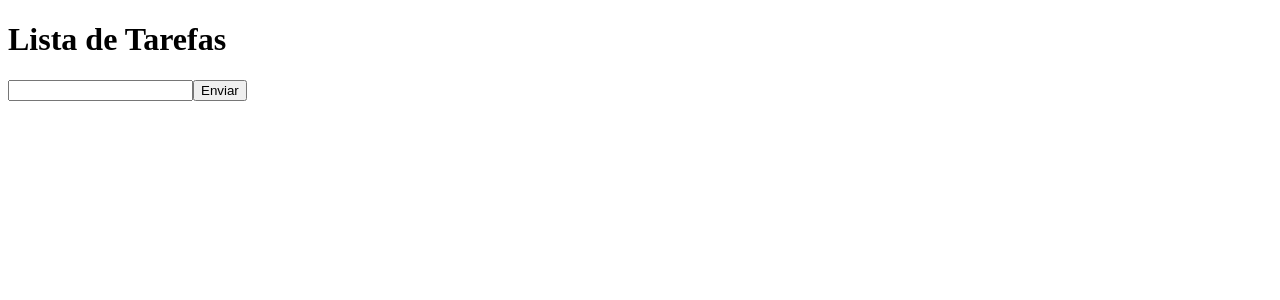
Repository: FellipeMiguel/lista-de-tarefas
Page: /
These files come from the project's save history. The page is drawn as it stood at one moment and after the next save; the edit follows.
The browser window is 1280 px wide. The pictures show the whole page.
The project was rebuilt for these pictures with package versions that can differ from the ones it lists, and the page was loaded fresh each time. Also part of the build but not shown: src/App.css.

Above is the page before, as saved 2023-06-14 22:53:47.

### src/index.js
import React from "react"
import ReactDOM from "react-dom/client"

import App from "./App"

const root = ReactDOM.createRoot(document.getElementById("root"))
root.render(
  <React.StrictMode>
    <App />
  </React.StrictMode>,
)

### src/App.js
import Main from './components/Main'
import './App.css'

function App() {
  return <Main />
}

export default App

### src/components/Main.js
import React, { Component } from 'react'

export default class Main extends Component {
  constructor(props) {
    super(props)

    this.state = {
      newTask: '',
    }
  }

  changeInput = (e) => {
    this.setState({ newTask: e.target.value })
  }

  render() {
    const { newTask } = this.state

    return (
      <div className="main">
        <h1>Lista de Tarefas</h1>

        <form action="#">
          <input onChange={this.changeInput} type="text" />
          <button type="submit">Enviar</button>
        </form>
      </div>
    )
  }
}

Loaded but not shown: public/index.html (common file)

After the next save:
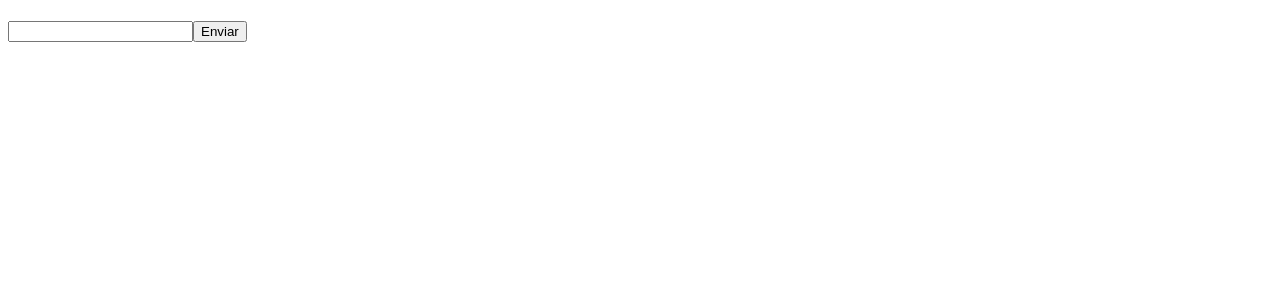
Saved 11 s later.
--- a/src/components/Main.js
+++ b/src/components/Main.js
@@ -18,7 +18,7 @@
 
     return (
       <div className="main">
-        <h1>Lista de Tarefas</h1>
+        <h1>{newTask}</h1>
 
         <form action="#">
           <input onChange={this.changeInput} type="text" />

After the 4 saves that followed:
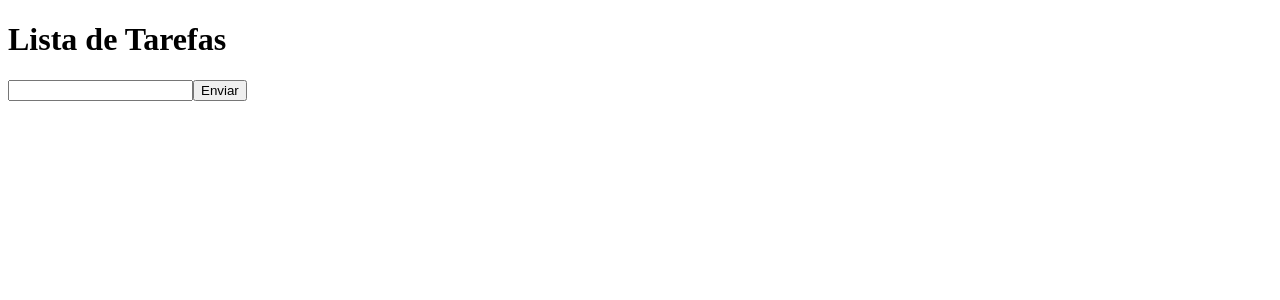
The 4 saves are shown as one change because 1 did not build or start and 2 left the picture as it was.
The last was saved 6 min 9 s later.
--- a/src/components/Main.js
+++ b/src/components/Main.js
@@ -1,15 +1,11 @@
 import React, { Component } from 'react'
 
 export default class Main extends Component {
-  constructor(props) {
-    super(props)
-
-    this.state = {
-      newTask: '',
-    }
+  state = {
+    newTask: '',
   }
 
-  changeInput = (e) => {
+  handleChange = (e) => {
     this.setState({ newTask: e.target.value })
   }
 
@@ -18,10 +14,10 @@
 
     return (
       <div className="main">
-        <h1>{newTask}</h1>
+        <h1>Lista de Tarefas</h1>
 
         <form action="#">
-          <input onChange={this.changeInput} type="text" />
+          <input onChange={this.handleChange} type="text" />
           <button type="submit">Enviar</button>
         </form>
       </div>
